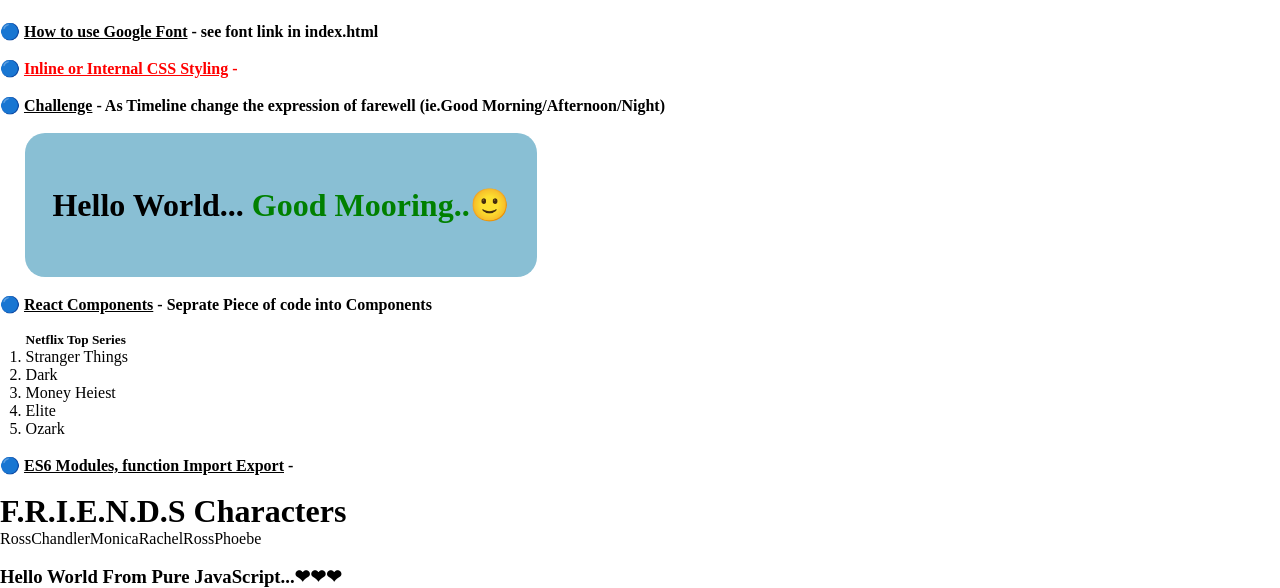
Repository: AalokJadhav/Being_ReactJS
Page: /
These files come from the project's save history. The page is drawn as it stood at one moment and after a run of saves; the edit follows.
The browser window is 1280 px wide. The pictures show the part of the page from y = 620 to 1298 px (the page is 1208 px tall before and 1298 px after).
The project was rebuilt for these pictures with package versions that can differ from the ones it lists, and the page was loaded fresh each time.

Above is the page before, as saved 2021-10-16 00:37:23.

After the next 2 saves:
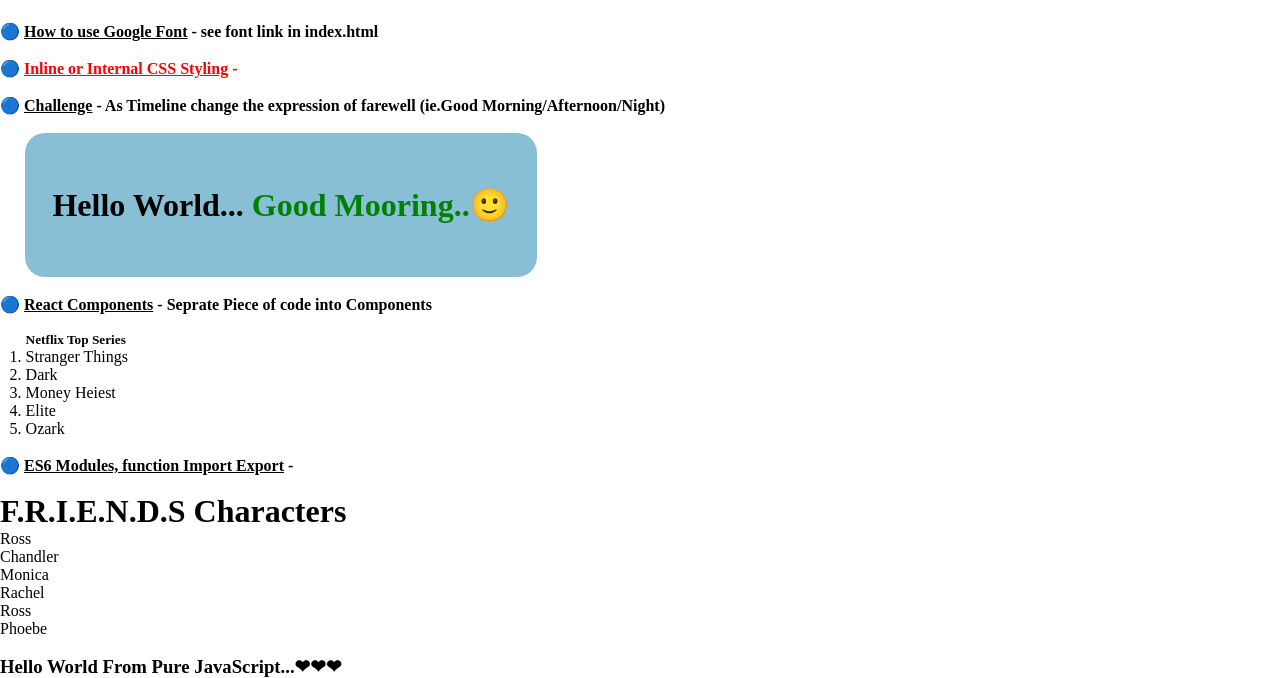
The 2 saves are shown as one change because 1 did not build or start.
The last was saved 38 s later.
--- a/src/index.js
+++ b/src/index.js
@@ -5,7 +5,7 @@ import React from 'react';
 import ReactDom from 'react-dom';
 import './index.css';
 import App from './App';
-import {Characters} from './App';
+import {AllCharacters} from './App';
 
 const fullDate = new Date();
 const date = fullDate.toLocaleDateString();
@@ -78,7 +78,7 @@ ReactDom.render(
     <div >
       <h1>F.R.I.E.N.D.S Characters</h1>
       <ol>
-        <li>{Characters}</li>
+        <li>{AllCharacters}</li>
       </ol>
     </div>
     <br />
--- a/src/App.js
+++ b/src/App.js
@@ -20,4 +20,4 @@ function App() {
 }
 
 export default App;
-export { Characters};
+export { AllCharacters};
